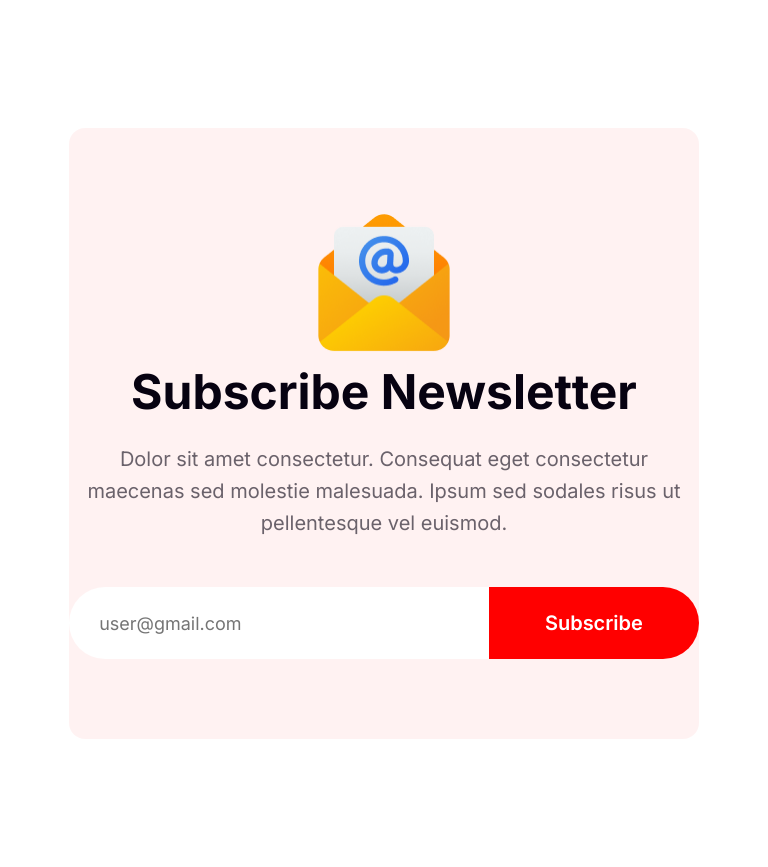
Repository: ShouravAhammed/simple-responsive-new-year
Page: index.html
These files come from the project's save history. The page is drawn as it stood at one moment and after the next save; the edit follows.
The browser window is 768 px wide. The pictures show the whole page.

Above is the page before, as saved 2024-01-11 17:33:14.

### index.html
<!DOCTYPE html>
<html lang="en">
<head>
    <meta charset="UTF-8">
    <meta name="viewport" content="width=device-width, initial-scale=1.0">
    <!-- Title  -->
    <title>New Year 2024</title>
    <!-- favicon icon linked -->
    <link rel="shortcut icon" href="images/New Year Photo.png" type="image/x-icon">
    <!-- style css linked-->
    <link rel="stylesheet" href="Style/style.css">
</head>
<body>
    <!-- header part  -->
    <header class="hide">
        <!-- banner section part -->
        <section id="banner">
            <div class="container">
                <div class="banner-container">
                    <div class="banner-content">
                        <h3 class="celebration">Happy New Year</h3>
                        <h2 class="banner-title">New Year Party Celebration</h2>
                    </div>
                </div>
            </div>
        </section>
    </header>
    <!-- main part -->
    <main>
        <!-- categories section part  -->
            <section id="categories hide" class="hide">
                <div class="container">
                    <div class="categories-container">
                        <h2 class="categories-discount">65% OFF</h2>
                        <p class="primary-summery">OUR HOLIDAY DEALS ARE BETTER</p>
                        <h3 class="categories-title">ALL CATEGORIES</h3>
                        <div class="categories-img">
                            <img id="new-year-img" src="images/New Year Photo.png" alt="Happy New Year">
                        </div>
                    </div>
                </div>
            </section>

            <!-- party-banner section part -->
            <section id="party-banner" class="hide">
                <div class="container">
                    <div class="party-container">
                        <div class="party-content">
                            <h2 class="party-title">Welcome to midnight party</h2>
                            <p class="party-description">Dolor sit amet consectetur. Consequat eget consectetur maecenas sed molestie malesuada. Ipsum sed sodales risus ut pellentesque vel euismod. </p>
                            <button id="join-now-btn">JOIN NOW</button>
                        </div>
                        <img class="party-img" src="images/icon/Group 70.png" alt="party-img">
                    </div>
                </div>
            </section>
            <!-- Announce section part -->
            <section id="announce" class="hide">
                <div class="container">
                    <div class="announce-content">
                        <h4 class="announce-title"><span class="title-color">Place:</span> New Park Hotel</h4>
                        <h4 class="announce-title"><span class="title-color">Date:</span> 31 December Night 2023</h4>
                        <h4 class="announce-title"><span class="title-color">Time:</span> Evening 7.30 pm to 12.30 am</h4>
                        <button class="announce-btn">Join Now</button>
                    </div>
                </div>
            </section>
            <!-- best offer section part -->
            <section id="best-offer" class="hide">
                <div class="container">
                    <div class="best-offer-container">
                        <div class="best-offer-content">
                            <p class="primary-summery">NEW BEST OFFER</p>
                            <h3 class="similer-title">Coming Soon</h3>
                            <p class="similer-description">Dolor sit amet consectetur. Consequat eget consectetur maecenas sed molestie malesuada. Ipsum sed sodales risus ut pellentesque vel euismod. </p>
                        </div>
                        <div class="best-offer-img-content">

                                <img class="best-offer-img" src="images/Ellipse 1.png" alt="best-offer-images">

                        </div>
                        <div class="best-offer-year-content">
                            <h3 class="best-offer-year">2024</h3>
                            <p class="best-offer-description">Dolor sit amet consectetur. Consequat eget consectetur maecenas sed.</p>
                            <img class="best-offer-year-img" src="images/icon/Group 96.png" alt="best-offer-year-img">
                        </div>
                    </div>
                </div>
            </section>
            <!-- holiday section part  -->
            <section id="holiday" class="hide">
                <div class="container">
                    <div class="holiday-container">
                        <div class="holiday-content">
                            <p class="primary-summery">WHAT IS FUNCTIONAL</p>
                        <h3 class="similer-title"><span class="title-color">Holidays</span> Sale 50%</h3>
                        <p class="similer-description">Dolor sit amet consectetur. Consequat eget consectetur maecenas sed molestie malesuada. Ipsum sed
                            sodales risus ut pellentesque vel euismod. Eleifend nunc purus quam id
                            fermentum amet amet sit consectetur.</p>
                        </div>
                        <div class="holiday-back-img">
                            <div class="holiday-gift-content">
                                <img src="images/icon/Group 75.png" alt="">
                            </div>
                            <div class="holiday-discount-content">
                                <img src="images/icon/Group 44.png" alt="">
                            </div>
                        </div>
                        <div class="holiday-bottom">
                            <img src="images/Rectangle 2.png" alt="">
                        </div>
                    </div>
                </div>
            </section>
            <!-- Portfolio section part -->

            <section id="portfolio" class="hide">
                <div class="container">
                    <div class="portfolio-container">
                        <div class="portfolio-box">
                            <p class="primary-summery">THE BEST GIFTS</p>
                            <h3 class="similer-title">Our Awesome Portfolio</h3>
                            <p class="similer-description description-padd">Dolor sit amet consectetur. Consequat eget consectetur maecenas sed molestie malesuada. Ipsum sed sodales risus ut pellentesque vel euismod. </p>
                        </div>
                            <div class="portfolio-content">
                                <img class="portfolio-img" src="images/Portfolio images/Rectangle 3.png" alt="">
                                <img class="portfolio-img" src="images/Portfolio images/Rectangle 4.png" alt="">
                                <img class="portfolio-img" src="images/Portfolio images/Rectangle 5.png" alt="">
                            </div>
                            <div class="portfolio-content">
                                <img class="portfolio-img" src="images/Portfolio images/Rectangle 6.png" alt="">
                                <img class="portfolio-img" src="images/Portfolio images/Rectangle 7.png" alt="">
                                <img class="portfolio-img" src="images/Portfolio images/Rectangle 8.png" alt="">
                            </div>
                        </div>
                    </div>
            </section>
            <!-- newsletter section part -->
            <section id="newsletter">
                <div class="container">
                    <div class="news-container">
                        <div class="news-content">
                            <img src="images/icon/Group 61.png" alt="">
                            <h3 class="similer-title">Subscribe Newsletter</h3>
                            <p class="similer-description description-mar">Dolor sit amet consectetur. Consequat eget consectetur maecenas sed molestie malesuada. Ipsum sed sodales risus ut pellentesque vel euismod. </p>
                            <form class="form" action="">
                                <input type="email" placeholder="user@gmail.com" alt="email" id="">
                                <button class="subscribe-btn">Subscribe</button>
                            </form>
                        </div>

                    </div>
                </div>
            </section>
    </main>
    <!--  footer part -->
    <footer class="hide">
        <section id="footer">
            <div class="container">
                <div class="footer-describe-part line-color">
                    <div class="footer-address">
                        <p class="address-similer">44, Big Building Roosevelt Street</p>
                        <p class="address-similer">Beach Gardens Florida 33410</p>
                    </div>
                    <div class="footer-address">
                        <div class="call-icon">
                            <img src="images/icon/Call.png" alt="">
                            <a class="address-similer">+00 123 584 124</a>
                        </div>
                        <div class="website-icon">
                            <img src="images/icon/Website.png" alt="">
                            <a class="address-similer">www.website.com</a>
                        </div>
                    </div>
                </div>

                <div class="footer-social line-color">
                    <a href=""><img src="images/icon/Facebook.png" alt=""></a>
                    <a href=""><img src="images/icon/Instagram.png" alt=""></a>
                    <a href=""><img src="images/icon/Twitter.png" alt=""></a>
                    <a href=""><img src="images/icon/Linkedin.png" alt=""></a>
                </div>

                <div class="reserved">
                    <p>2017, All Rights Reserved.</p>
                    <p>Unsubscribe</p>
                </div>
            </div>
        </section>
    </footer>
</body>
</html>

### Style/style.css
/* import google fonts */
@import url('https://fonts.googleapis.com/css2?family=Inter:wght@100;200;300;400;500;600;700;800;900&family=Merriweather:ital,wght@0,300;0,400;0,700;0,900;1,300;1,400;1,700;1,900&display=swap');

*{
    margin: 0;
    padding: 0;
    outline: 0;
}

.container{
    width: 82%;
    margin: 0 auto;
}
/* primary content */
.primary-summery{
    font-family: Inter;
    font-size: 24px;
    font-style: normal;
    font-weight: 500;
    color: #F00;
    line-height: normal;
}
/* title-color */
.title-color{
    color: #F00;
}
/* banner section related css style */
#banner{
    margin-top: 30px;
}
.banner-container{
    background-image: linear-gradient(180deg, #070211 0%, rgba(7, 2, 17, 0.00) 100%), url(../images/Banner\ Image.png);
    background-size: cover;
    background-repeat: no-repeat;
    background-position: center;
    border-radius: 16px;
    padding: 177px 0px;
}
.banner-container .banner-content{
    width: 632px;
    margin: 0 auto;
}
.banner-container .banner-content .celebration{
    color: #FFF;
    text-align: center;
    font-family: Merriweather;
    font-size: 32px;
    font-style: normal;
    font-weight: 400;
    line-height: normal;
    margin-bottom: 16px;
    z-index: 99;
}
.banner-container .banner-content .banner-title{
    color: #FFF;
    text-align: center;
    font-family: Merriweather;
    font-size: 72px;
    font-style: normal;
    font-weight: 900;
    line-height: 95px;
}
/* categories section related css style */

#categories{
    margin: 120px 0px;
}
.categories-container{
    text-align: center;
}
.categories-container .categories-discount{
    font-family: Inter;
    font-size: 88px;
    font-style: normal;
    font-weight: 700;
    color: #F00;
    line-height: normal;
    margin-bottom: 48px;
}

.categories-title{
    font-family: Inter;
    font-size: 48px;
    font-style: normal;
    font-weight: 700;
    color: #070211;
    line-height: normal;
    margin-bottom: 48px;
}
.categories-container .categories-img{
    width: 800px;
    margin: 0 auto;
}
.categories-img #new-year-img{
    max-width: 100%;
}

/* party-banner section css style  */
#party-banner{

}
.party-container{
    background-image: linear-gradient(90deg, #070211 0%, rgba(7, 2, 17, 0.00) 100%), url(../images/Vectorrr.png);
    background-position: center;
    background-repeat: no-repeat;
    background-size: cover;
    display: flex;
    align-items: center;
    justify-content: space-between;
    border-radius: 16px;
    padding: 70px 70px;
}
.party-container .party-content{
    width: 900px;
}
.party-content .party-title{
    font-family: Merriweather;
    font-size: 64px;
    font-style: normal;
    font-weight: 900;
    color: #FFF;
    line-height: 88px;
    letter-spacing: 3px;
}
.party-content .party-description{
    font-family: Inter;
    font-size: 18px;
    font-style: normal;
    font-weight: 400;
    color: rgba(255, 255, 255, 0.80);
    line-height: 30px;
    margin-top: 20px;
}
#join-now-btn{
    font-family: Inter;
    font-size: 20px;
    font-style: normal;
    font-weight: 700;
    color: #FFF;
    background: transparent;
    line-height: normal;
    text-transform: uppercase;
    border: none;
    cursor: pointer;
    margin-top: 48px;
    margin-left: 32px;
}
.party-container .party-img{
    width: 270px;
    max-width: 100%;
}

/* Announce section css style */

#announce{
    margin: 120px 0px;
}
.announce-content{
    background: linear-gradient(180deg, rgba(255, 0, 0, 0.10) 0%, rgba(255, 0, 0, 0.00) 100%);
    padding: 100px 0;
    text-align: center;
}
.announce-content .announce-title{
    color: #070211;
    font-family: Inter;
    font-size: 32px;
    font-style: normal;
    font-weight: 600;
    line-height: 56px;
    text-transform: capitalize;
}
.announce-btn{
    font-family: Inter;
    font-size: 20px;
    font-style: normal;
    font-weight: 700;
    line-height: normal;
    color: #FFF;
    text-align: center;
    text-transform: uppercase;
    border-radius: 8px;
    background: #F00;
    padding: 16px 32px;
    border: none;
    cursor: pointer;
    transition: all ease 0.5s;
    margin-top: 48px;
}
.announce-btn:hover{
    background: #fff;
    color: #f00;
    outline: 1px solid #F00;
}
/* best-offer section style css */
#best-offer{
    margin-bottom: 128px;
}
.similer-title{
    font-family: Inter;
    font-size: 48px;
    font-style: normal;
    font-weight: 700;
    color: #070211;
    line-height: normal;
}
.similer-description{
    font-family: Inter;
    font-size: 20px;
    font-style: normal;
    font-weight: 400;
    color: rgba(7, 2, 17, 0.60);
    line-height: 32px;
    margin-top: 22px;
}
.best-offer-container{
    display: flex;
    align-items: center;
    gap: 20px;
}
.best-offer-content{
    width: 700px;
}
.best-offer-img-content{
    min-height: 350px;
    min-width: 350px;
    border: 15px solid #f00;
    border-radius: 50%;
    position: relative;
    position: relative;
}
.best-offer-img-content .best-offer-img{
    position: absolute;
    width: 270px;
    inset: 41px;
}
.best-offer-year-content .best-offer-year{
    font-family: Inter;
    font-size: 48px;
    font-style: normal;
    font-weight: 700;
    color: #F00;
    line-height: normal;
    margin-top: 65px;
}
.best-offer-year-content .best-offer-description{
    margin-top: 10px !important;

}
.best-offer-year-content{
    width: 500px;
}
.best-offer-year-content .best-offer-year-img{
    max-width: 140px;
    margin-top: 38px;
}


/*  portfolio section css style */
.portfolio-container{

}
.portfolio-container .description-padd{
    margin-bottom: 48px ;
}
.portfolio-container .portfolio-content{
    display: flex;
    align-items: center;
    justify-content: space-between;
    margin-top: 20px;
}
.portfolio-box{
    width: 896px;
}
.portfolio-container .portfolio-content .portfolio-img{
    max-width: 355px;
    transition: all ease 0.5s;
}
.portfolio-content .portfolio-img:hover{
    filter: grayscale(1);
    transform: scale(1.05);
}
/* newsletter section css style  */
#newsletter{
    margin: 128px 0px;
}
.news-container{
    border-radius: 16px;
    background: rgba(255, 0, 0, 0.05);
    padding: 80px 0px;
}
.news-content{
    width: 896px;
    margin: 0 auto;
    text-align: center;
}
.news-content img{
    width: 150px;
    height: 150px;
}
.form{
    width: 648px;
    height: 72px;
    display: flex;
    margin: 0 auto;
}
.form input{
    background: #fff;
    width: 438px;
    flex-grow: 1;
    color: rgba(7, 2, 17, 0.30);
    font-family: Inter;
    font-size: 18px;
    font-style: normal;
    font-weight: 400;
    line-height: normal;
    padding-top: 25px;
    padding-bottom: 25px;
    padding-left: 30px;
    border: none;
    border-radius: 50px 0px 0px 50px;
    outline: 1px transparent;
    transition: all ease 0.5s;
}
.form input:hover{
    outline: 1px solid #f00;
}
.form .subscribe-btn{
    color: #FFF;
    font-family: Inter;
    font-size: 20px;
    font-style: normal;
    font-weight: 600;
    line-height: normal;
    text-transform: capitalize;
    border-radius: 0px 50px 50px 0px;
    background: #F00;
    padding: 24px 56px;
    border: none;
    transition: all ease 0.5s;
}
.form .subscribe-btn:hover{
    outline: 1px solid #f00;
    background: #fff;
    color: #f00;
}
.description-mar{
    margin-bottom: 48px;
}
/* footer section part css style */

#footer{
    background: #070211;
    padding: 120px 0;
}
.line-color{
    border-bottom: 1px solid rgba(255, 255, 255, 0.15);
}
.footer-describe-part{
    display: flex;
    justify-content: space-between;
}
.footer-address{
    margin-bottom: 50px;
}
.footer-address .address-similer {
    color: #FFF;
    font-family: Inter;
    font-size: 24px;
    font-style: normal;
    font-weight: 500;
    line-height: 40px;
    text-decoration: none;
    cursor: pointer;
}
.call-icon, .website-icon{
    display: flex;
    align-items: center;
}
.call-icon img, .website-icon img{
    width: 24px;
    margin-right: 15px;
}

.footer-social{
    text-align: center;
    padding: 48px 0;
}
.footer-social a{
    width: 64px;
    margin-right: 24px;
}
.footer-social a:hover{
    filter: grayscale(1);
}

.reserved{
    display: flex;
    justify-content: space-between;
    align-items: center;
    margin-top: 50px;
}
.reserved p{
    color: #FFF;
    font-family: Inter;
    font-size: 24px;
    font-style: normal;
    font-weight: 500;
    line-height: normal;
}



/* holiday section css style */
#holiday{
    margin-bottom: 128px;
}
.holiday-container{
    text-align: center;
}
.holiday-container .holiday-content{
    width: 920px;
    margin: 0 auto;
}
.holiday-back-img{
    display: flex;
    align-items: center;
    margin-top: 48px;
    background-image: url(../images/Rectangle\ 1.png);
    background-repeat: no-repeat;
    background-size: contain;
    height: 60vh;
    background-position: bottom right;
}
.holiday-back-img .holiday-gift-content {
    width: 600px;
    position: relative;
    bottom: -110px;
    left: 50px;
}
.holiday-back-img .holiday-gift-content img{
    max-width: 100%;
}
.holiday-back-img .holiday-discount-content{
    width: 250px;
}
.holiday-back-img .holiday-discount-content img{
    max-width: 100%;
}
.holiday-bottom img{
    width: 100%;
}


/* responsive */
.hide{
    display: none;
}
@media screen and (max-width: 576px){
    .similer-description {
        padding: 0px 10px;
    }
    .news-content, .portfolio-box, .form, .form input {
        width:  100%;
    }
    .form .subscribe-btn {
        padding: 24px 20px;
    }
    .best-offer-container, .best-offer-container, .portfolio-container .portfolio-content, .footer-describe-part {
        flex-direction: column;
    }
    .footer-social a {
        margin-right: 10px;
    }
    .reserved {
        margin-top: 50px;
        flex-direction: column;
    }
    .portfolio-container .portfolio-content .portfolio-img {
        width: 100%;
    }
    .portfolio-container .portfolio-content {
        gap: 20px;
    }
    .holiday-container .holiday-content {
        width: 100%;
    }
    .holiday-back-img {
        height: 38vh;
    }
    .best-offer-content, .best-offer-year-content {
        width: 100%;
    }
    .announce-content {
        padding: 40px 0;
    }
    .announce-content .announce-title {
        font-size: 18px;
        font-weight: 600;
    }
    .party-container .party-content {
        width: 100%;
    }
    .party-container {
        flex-direction: column;
        padding: 30px 15px;
    }
    .party-container {
        background-position: 85%;
    }
    .party-content .party-title {
        font-size: 32px;
        line-height: 45px;
    }
    #join-now-btn {
        margin-top: 20px;
    }
    .party-container .party-img {
        width: 50%;
        margin-top: 40px;
    }


    .primary-summery {
        font-size: 20px;
    }
    .categories-title {
        font-size: 39px;
    }
    .categories-container .categories-discount {
        font-size: 56px;
        margin-bottom: 12px;
    }
    .categories-container .categories-img {
        width: 100%;
    }
    .categories-img #new-year-img {
        width: 100%;
    }
    .banner-container .banner-content {
        width: 100%;
    }
    .banner-container {
        background-position: 13%;
        border-radius: 16px;
        padding: 120px 0px;
    }
    .banner-container .banner-content .banner-title {
        font-size: 40px;
        line-height: 60px;
    }
}

@media screen and (min-width: 577px) and (max-width: 768px) {
    .news-content, .portfolio-box, .form, .form input {
        width:  100%;
    }
    .holiday-container .holiday-content {
        width: 100%;
    }
    .holiday-container .holiday-content {
        width: 100%;
    }
    .portfolio-container .portfolio-content .portfolio-img {
        width: 100%;
    }
    .best-offer-content, .best-offer-year-content {
        width: 100%;
    }
    .party-container .party-content {
        width: 100%;
    }
    .categories-container .categories-img {
        width: 100%;
    }
    .categories-img #new-year-img {
        width: 100%;
    }
    .banner-container .banner-content {
        width: 100%;
    }
}

After the next save:
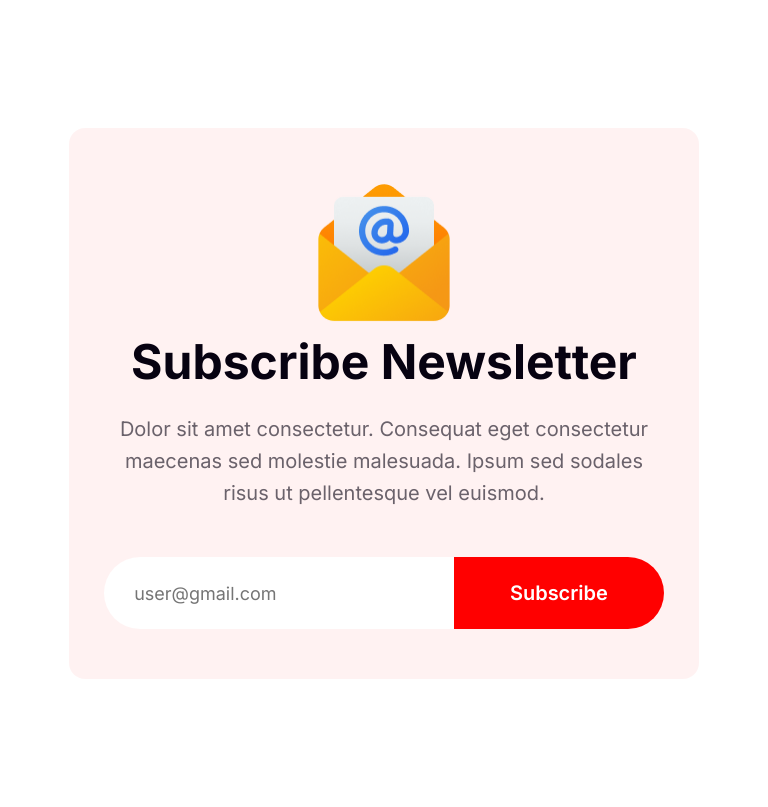
Saved 111 s later.
--- a/Style/style.css
+++ b/Style/style.css
@@ -578,4 +578,9 @@
     .banner-container .banner-content {
         width: 100%;
     }
-}
+    .news-container {
+        border-radius: 16px;
+        background: rgba(255, 0, 0, 0.05);
+        padding: 50px 35px;
+    }
+}
